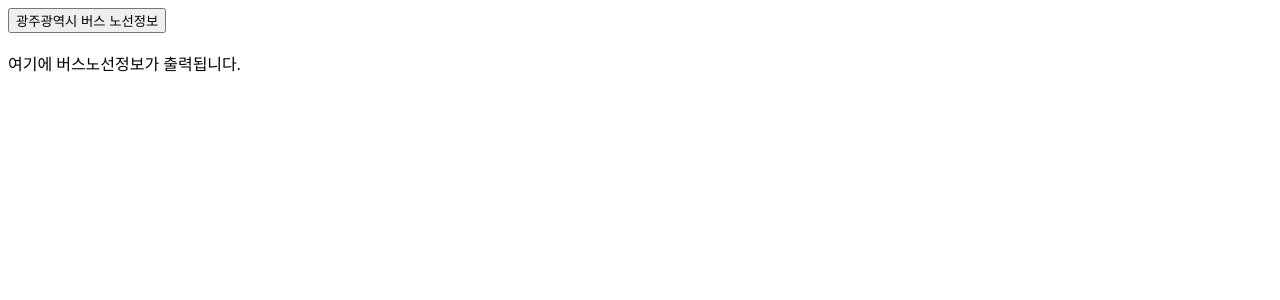
Repository: seonguk-choi/study_Web
Page: WorkSpace/09.jQuery/WebContent/gjBustTest02.html
An editor plug-in stored every save of this project. The page is shown before and after the next save, followed by the edit.
The browser window is 1280 px wide. The pictures show the whole page.

Above is the page before, as saved 2021-12-13 12:05:04.

After the next save:
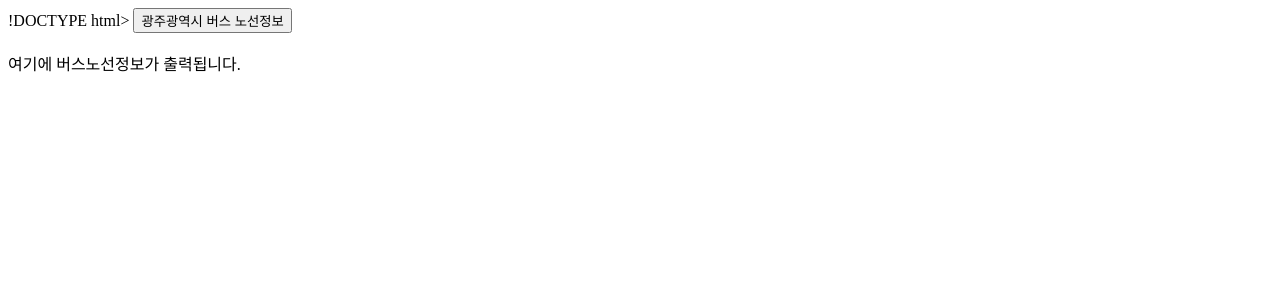
Saved 6 min 27 s later.
--- a/WorkSpace/09.jQuery/WebContent/gjBustTest02.html
+++ b/WorkSpace/09.jQuery/WebContent/gjBustTest02.html
@@ -1,4 +1,4 @@
-<!DOCTYPE html>
+!DOCTYPE html>
 <html>
 <head>
 <meta charset="UTF-8">
